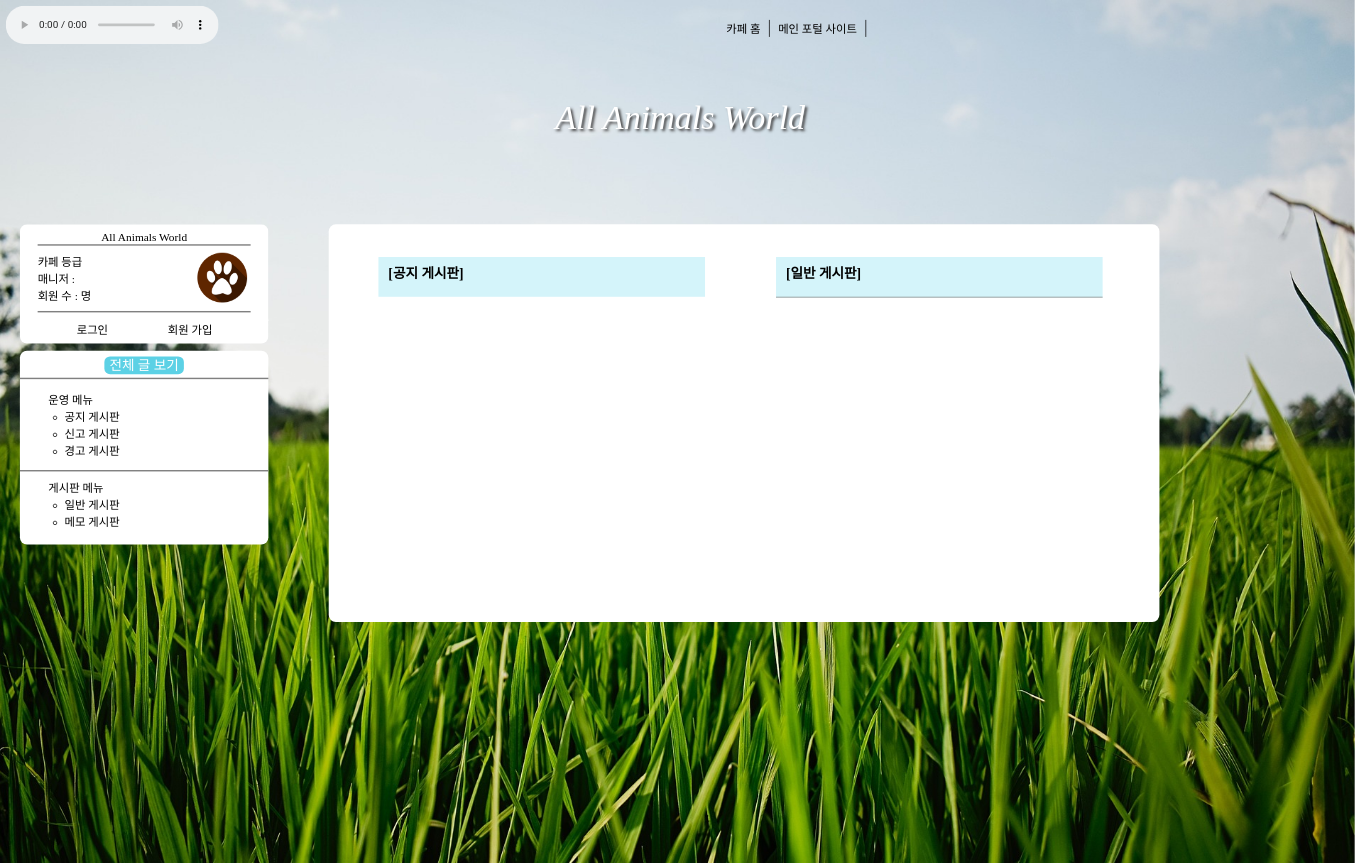
Repository: Cloudcuser/jm_cn_230511-0629-
Page: http://localhost/works/cafe_proj_cafeMain.jsp
An editor plug-in stored every save of this project. The page is shown before and after the next save, followed by the edit.
The browser window is 1280 px wide. The page is 1908 px wide, so the pictures cover 1908 px, including what lies to the right of the window. The pictures show the whole page, at 71% of full size.
Some web fonts or font styles are not loaded; a fallback is used. The page is served by Tomcat 9. The template is opened directly, without the code that normally fills it, so the values that code supplies are empty.

Above is the page before, as saved 2023-06-28 06:19:15.

After the next save:
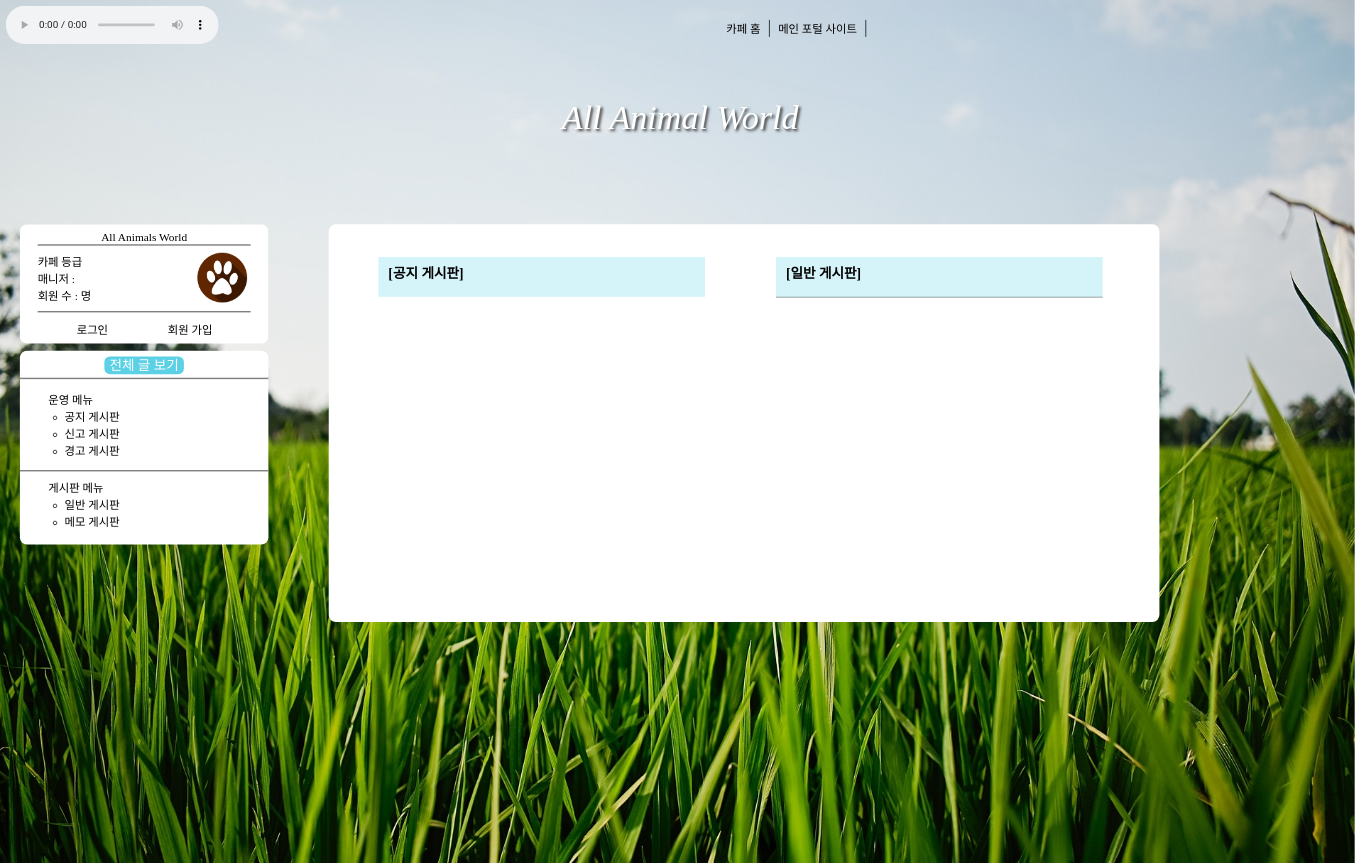
Saved 18 h 50 min later.
--- a/single/project/works/src/main/webapp/cafe_proj_cafeMain.jsp
+++ b/single/project/works/src/main/webapp/cafe_proj_cafeMain.jsp
@@ -60,7 +60,7 @@
         <div id="title">
             <!-- 로고 타이틀-->
             <!-- 누르면 메인 홈으로 이동 -->
-            <div id="title_text"> All Animals World</div>
+            <div id="title_text"> All Animal World</div>
             <a href="startMain.jsp" id="logo" title="home"></a>
 
         </div>
